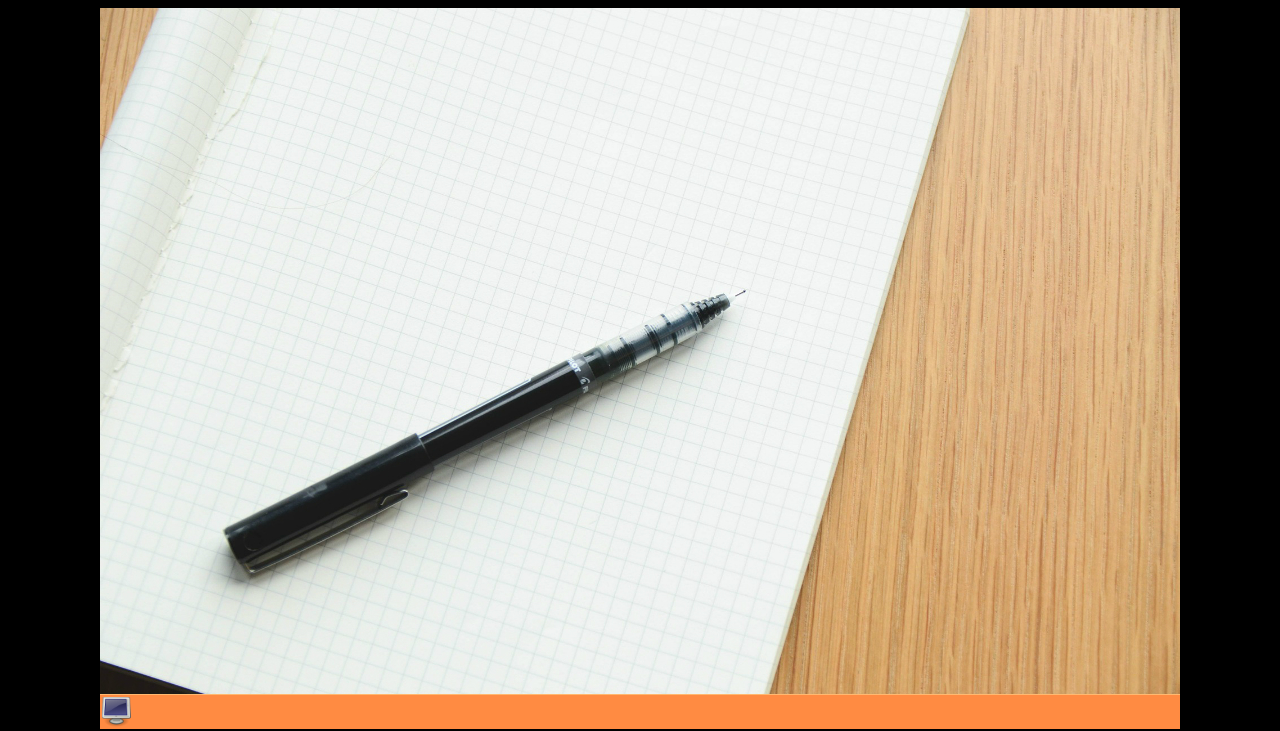
Repository: jc222fi/1dv403-laborationer
Page: 5-pwd/index.html
The author's editor kept a record of every edit. The page is drawn from the files as they stood at one moment, then again after the next edit.
The browser window is 1280 px wide. The pictures show the whole page.

Above is the page before.

### 5-pwd/index.html
<!DOCTYPE html>
<html>
    <head>
        <meta charset="UTF-8">
        <title>My Virtual Desktop</title>
        <link rel="stylesheet" href="style.css" />
    </head>
    <body>
        <div id="container">
            <footer>
            </footer>
        </div>
        <script src="script.js"></script>
    </body>
</html>

### 5-pwd/style.css
body{
    background-color:black;
}
#container{
    height:710px;
    width:1080px;
    margin:0 auto;
    background-image:url("pics/notepad1.jpg");
    padding-top:5px;
}
.imageViewer{
    color:white;
    font-family:Arial, Helvetica, sans-serif;
    height:400px;
    width:300px;
    margin-left:5px;
    border-top:1px solid #ffb870;
    border-left:1px solid #ffb870;
    border-right:1px solid #ff8b42;
    border-bottom:1px solid #ff8b42;
    background-color:#ffffcc;
}
.windowHeader{
    height:30px;
    width:290px;
    padding:5px;
    background-color:#ff8b42;
}
    .headerIcon{
        float:left;
    }
    .windowHeader p{
        margin-top: 2px;
        margin-left: 34px;
    }
    .close{
        float:right;
    }
    .close img{
        height:10px;
        width:10px;
        padding: 1px;
        background-color: #ffb870;
        border-top: 1px solid beige;
        border-left: 1px solid beige;
    }
.windowBody{
    height:340px;
    width:300px;
    overflow-y:scroll;
}
    #thumbImg{
        float:left;
        margin: 2px;
        padding:5px;
        background-color:#bd8e5e;
    }
.windowFooter{
    height:20px;
    width:300px;
    background-color:#ff8b42;
}
    .windowFooter p{
        height:12px;
        margin-top:0;
        margin-left: 3px;
        font-size: small;
    }
footer{
    background-color:#ff8b42;
    position:absolute;
    margin-top:681px;
    height:30px;
    width:1076px;
    padding:2px;
    border-top:1px solid #ffb870;
}

### 5-pwd/script.js
"use strict";
//Bilder från pixabay.com

var MyDesktop = {

    imgArray:[],
    windowCounter:0,
    init: function(){

        MyDesktop.openDesktop();
    },

    openDesktop: function(){

        var button = document.createElement("a");
        var buttonImage = document.createElement("img");
        var footer = document.createElement("footer");
        var container = document.getElementById("container");

        button.href = "#";
        buttonImage.src = "pics/desktopicon.png";
        container.appendChild(footer);
        footer.appendChild(button);
        button.appendChild(buttonImage);

        button.onclick = function(){

            if(MyDesktop.windowCounter === 0){
                MyDesktop.openWindow();
            }
        };
    },

    openWindow: function(){

        var containerDiv = document.getElementById("container");
        var windowDiv = document.createElement("div");
        var windowHeader = document.createElement("div");
        var windowBody = document.createElement("div");
        var windowFooter = document.createElement("div");
        var windowHeadline = document.createElement("p");
        var statusLine = document.createElement("p");
        var headerIcon = document.createElement("img");
        var closeIcon = document.createElement("img");
        var loadingIcon = document.createElement("img");
        var a = document.createElement("a");

        a.href ="#";
        closeIcon.src = "pics/cancel.png";
        headerIcon.src = "pics/desktopicon.png";
        loadingIcon.src = "pics/ajax-loader.gif";
        statusLine.setAttribute("id", "status");
        headerIcon.setAttribute("class", "headerIcon");
        a.setAttribute("class", "close");
        windowDiv.setAttribute("class", "imageViewer");
        windowBody.setAttribute("class", "windowBody");
        windowHeader.setAttribute("class", "windowHeader");
        windowFooter.setAttribute("class", "windowFooter");

        statusLine.appendChild(loadingIcon);
        a.appendChild(closeIcon);
        windowHeader.appendChild(headerIcon);
        windowHeader.appendChild(a);
        windowHeader.appendChild(windowHeadline);
        windowFooter.appendChild(statusLine);
        windowDiv.appendChild(windowHeader);
        windowDiv.appendChild(windowBody);
        windowDiv.appendChild(windowFooter);
        containerDiv.appendChild(windowDiv);

        windowHeadline.innerHTML = "Image Viewer";

        MyDesktop.windowCounter = 1;

        a.onclick = function(){
            containerDiv.innerHTML = "";
            MyDesktop.windowCounter = 0;
            MyDesktop.openDesktop();
        };

        MyDesktop.loadingPictures();
    },

    loadingPictures: function(){

        var xhr = new XMLHttpRequest();
        var statusLine = document.getElementById("status");

        xhr.onreadystatechange = function(){

            if(xhr.readyState === 4){
                if(xhr.status === 200){
                    statusLine.innerHTML = "";
                    MyDesktop.imgArray = JSON.parse(xhr.responseText);
                    console.log(MyDesktop.imgArray);
                    MyDesktop.displayImages();
                }
                else{
                    console.log("Nåt är fel");
                }
            }

        };
        xhr.open("GET","http://homepage.lnu.se/staff/tstjo/labbyServer/imgviewer/", true);
        xhr.send(null);
    },

    displayImages: function(){

        var imgDiv = "";
        var imgTag = "";
        var aTag = "";
        var imgURL = "";
        var maxWidth = 0;
        var maxHeight = 0;
        var i = 0;
        var windowBody = document.querySelector(".windowBody");

        console.log(MyDesktop.imgArray.thumbWidth);

        for(i=0;i<MyDesktop.imgArray.length;i++){


            imgDiv = document.createElement("div");
            aTag = document.createElement("a");
            imgTag = document.createElement("img");

            aTag.href = "#";
            imgTag.src = MyDesktop.imgArray[i].thumbURL;
            imgDiv.setAttribute("id", "thumbImg");

            aTag.appendChild(imgTag);
            imgDiv.appendChild(aTag);
            windowBody.appendChild(imgDiv);
            imgURL = MyDesktop.imgArray[i].URL;
            console.log(imgURL);
            imgDiv.style.width = (MyDesktop.imgArray[i].thumbWidth)+2+"px";
            imgDiv.style.height = (MyDesktop.imgArray[i].thumbHeight)+2+"px";

            MyDesktop.changeBackground(imgURL, aTag);
        }

    },

    changeBackground: function(imgURL, aTag){

        aTag.onclick = function(){
                //var container = document.getElementById("container");
                //console.log(container);
                document.getElementById("container").style.background = "url('"+imgURL+"') repeat";
                //container.style.background = "url('"+MyDesktop.imgArray[i].URL+"')";
        };
    }

};

window.onload = MyDesktop.init;

After the next edit:
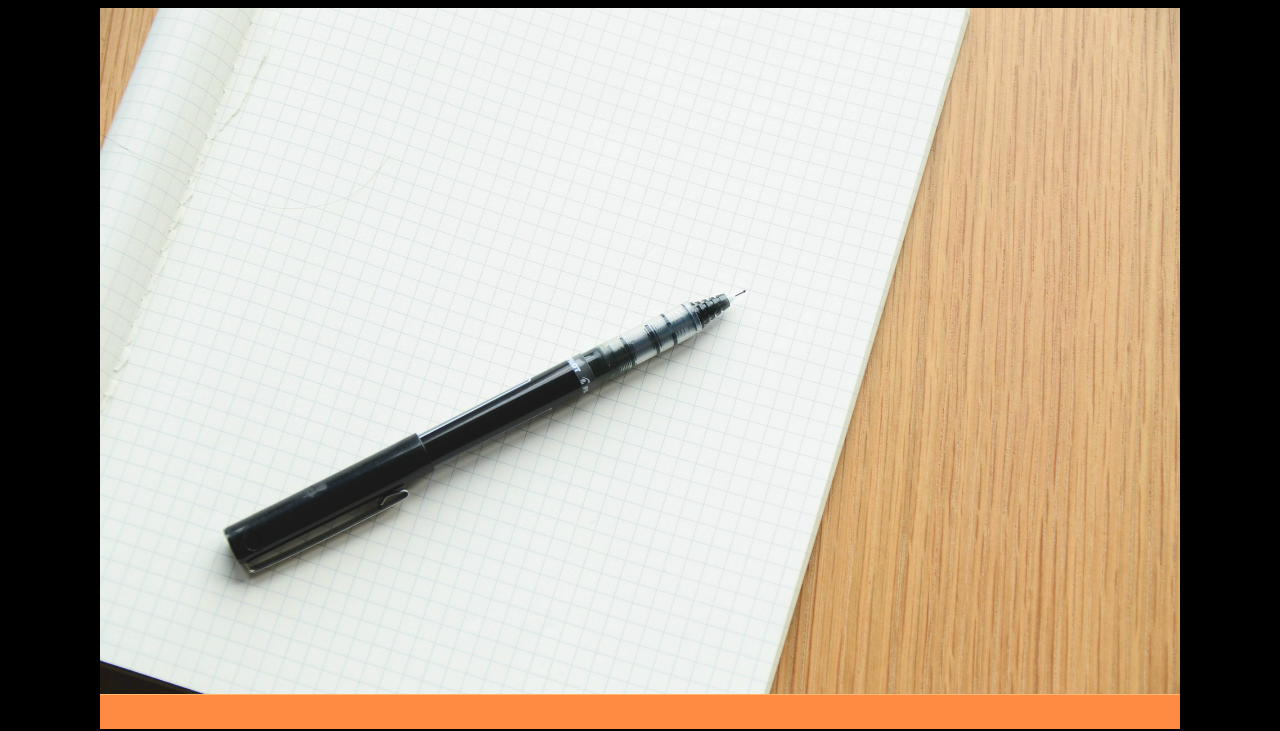
Console error: SyntaxError: Unexpected token ')'
The edit:
--- a/5-pwd/script.js
+++ b/5-pwd/script.js
@@ -119,7 +119,9 @@
         console.log(MyDesktop.imgArray.thumbWidth);
 
         for(i=0;i<MyDesktop.imgArray.length;i++){
+            maxWidth = MyDesktop.imgArray[i].thumbWidth;
 
+            if()
 
             imgDiv = document.createElement("div");
             aTag = document.createElement("a");

After the edit that followed:
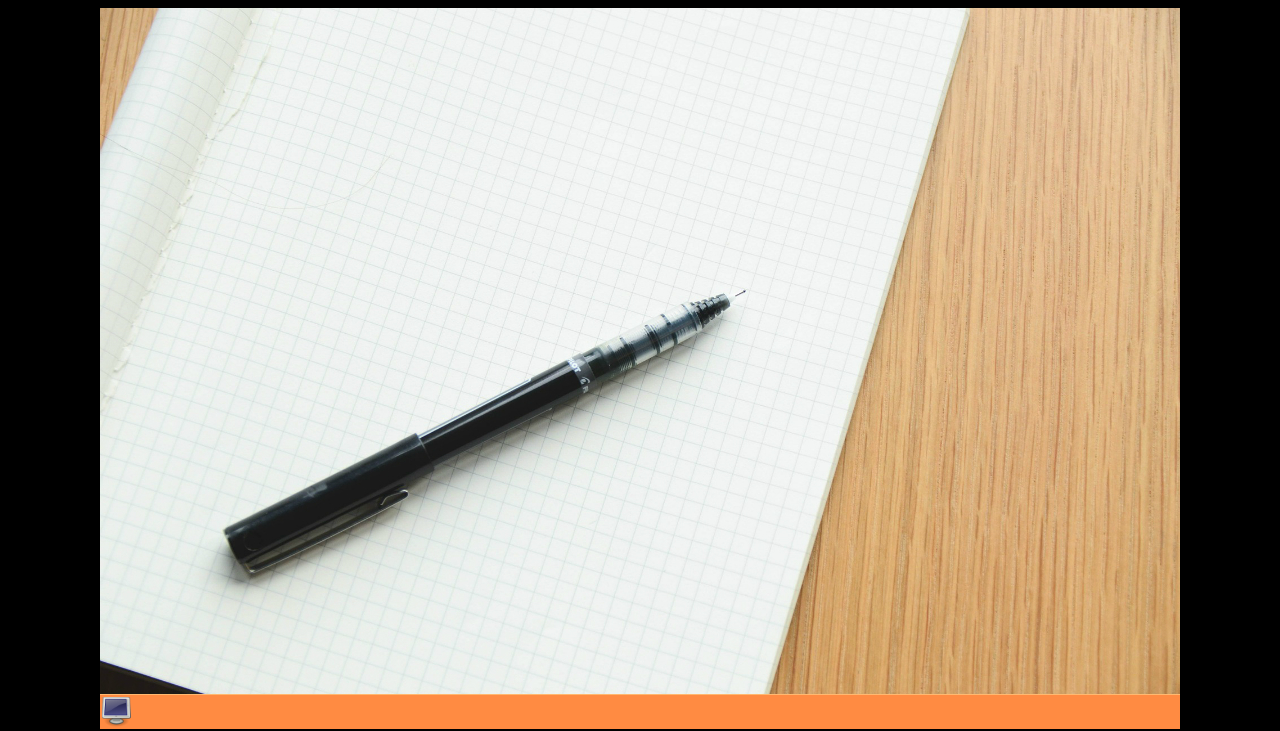
The error is gone.
The edit:
--- a/5-pwd/script.js
+++ b/5-pwd/script.js
@@ -121,7 +121,9 @@
         for(i=0;i<MyDesktop.imgArray.length;i++){
             maxWidth = MyDesktop.imgArray[i].thumbWidth;
 
-            if()
+            if(MyDesktop.imgArray[i].thumbWidth>maxWidth){
+                maxWidth = MyDesktop.imgArray[i].thumbWidth;
+            }
 
             imgDiv = document.createElement("div");
             aTag = document.createElement("a");
